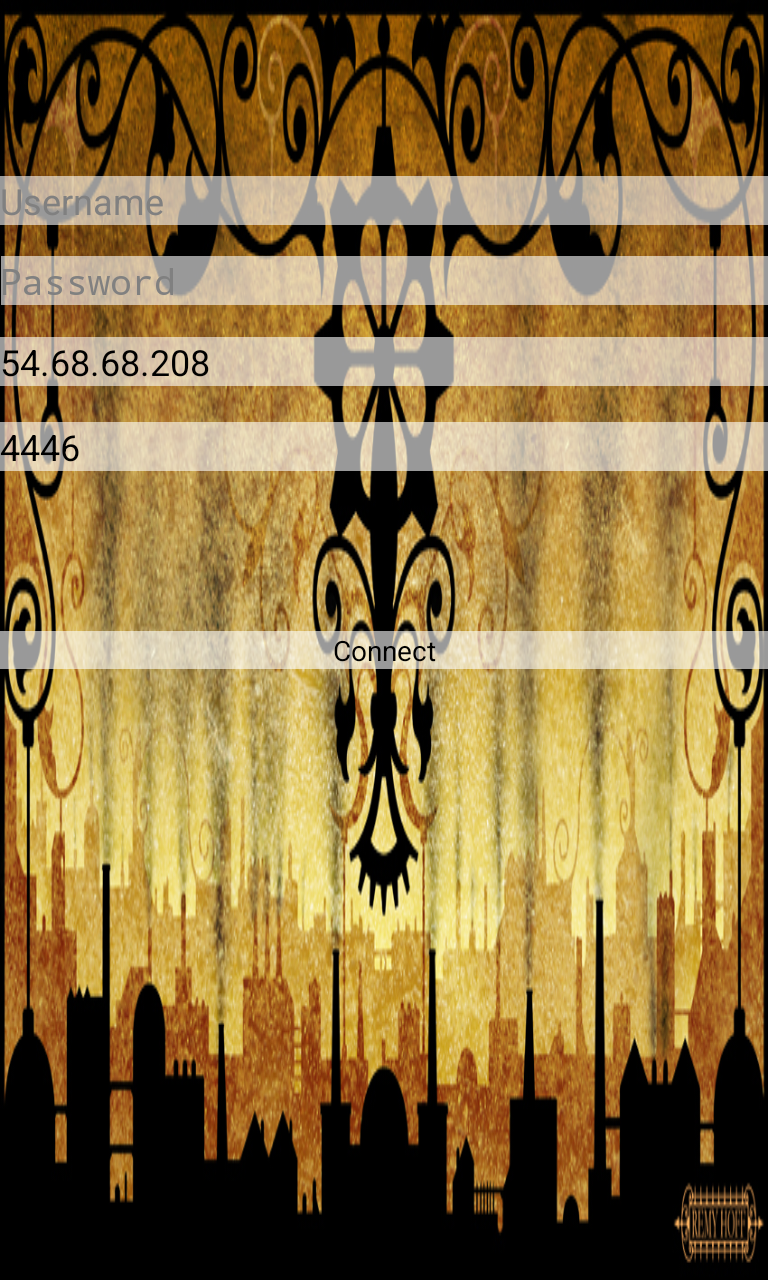
Repository: jkrepps/CSCE-482
Layout: Mobile Client (eclipse)/Industry of Deciet/res/layout/mains.xml
An editor plug-in stored every save of this project. The layout is shown before and after the next save, followed by the edit.
It is drawn on a 768 x 1280 px phone screen (xhdpi) without system bars, with theme AppTheme; the app's code is not run.

Above is the layout before, as saved 2014-12-03 10:14:59.

After the next save:
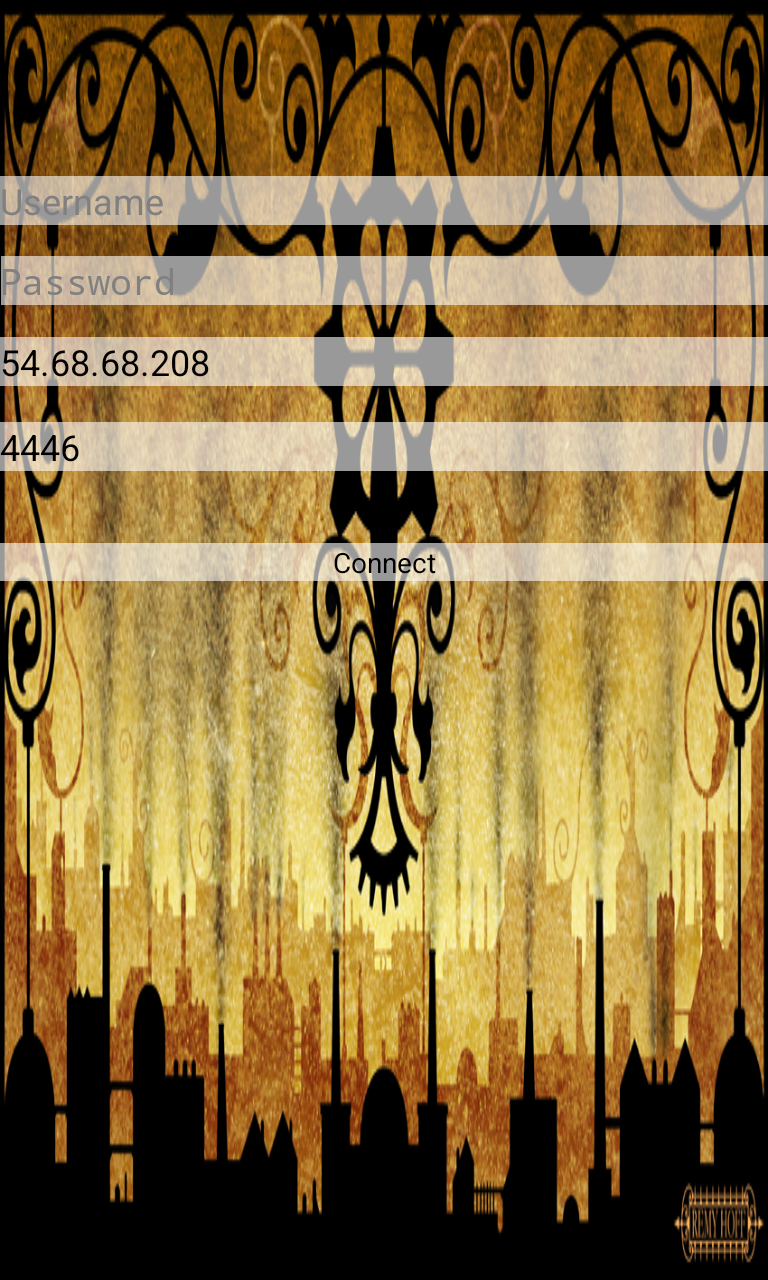
Saved 37 s later.
--- a/Mobile Client (eclipse)/Industry of Deciet/res/layout/mains.xml
+++ b/Mobile Client (eclipse)/Industry of Deciet/res/layout/mains.xml
@@ -48,17 +48,6 @@
             android:inputType="textPersonName"
             android:text="@string/Port" />
 
-        <Button
-            android:id="@+id/button1"
-            android:layout_width="match_parent"
-            android:layout_height="wrap_content"
-            android:layout_alignParentLeft="true"
-            android:layout_below="@+id/editText4"
-            android:layout_marginTop="80dp"
-            android:background="#99FFFFFF"
-            android:text="@string/button_main_menu"
-            android:textColor="#FF000000" />
-
         <EditText
             android:id="@+id/editText1"
             android:layout_width="match_parent"
@@ -88,6 +77,17 @@
             <requestFocus />
         </EditText>
 
+        <Button
+            android:id="@+id/button1"
+            android:layout_width="match_parent"
+            android:layout_height="wrap_content"
+            android:layout_alignParentLeft="true"
+            android:layout_below="@+id/editText4"
+            android:layout_marginTop="36dp"
+            android:background="#99FFFFFF"
+            android:text="@string/button_main_menu"
+            android:textColor="#FF000000" />
+
     </RelativeLayout>
 
 </FrameLayout>
